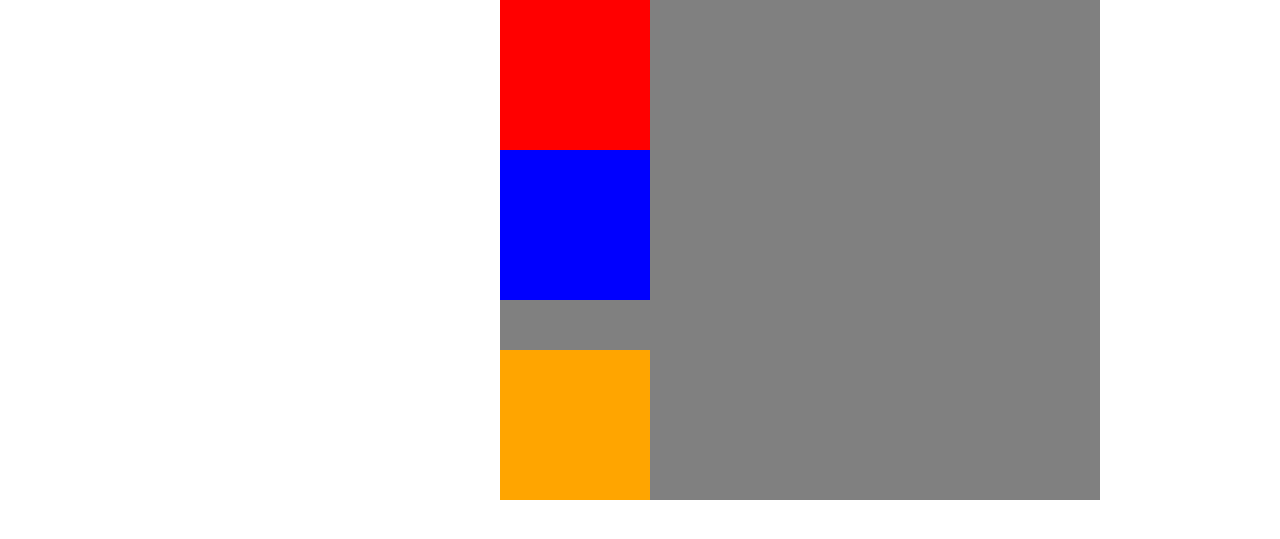
Repository: AytacSafarova/Task-12
Page: index.html
These files come from the project's save history. The page is drawn as it stood at one moment and after a run of saves; the edit follows.
The browser window is 1280 px wide. The pictures show the whole page.

Above is the page before, as saved 2023-07-27 13:55:12.

### index.html
<!DOCTYPE html>
<html lang="en">
<head>
  <meta charset="UTF-8">
  <meta name="viewport" content="width=device-width, initial-scale=1.0">
  <title>Document</title>
  <link rel="stylesheet" href="./index.css">
</head>
<body>
<div class="container">
  <div class="card"></div>
  <div class="card"></div>
  <div class="card"></div>
</div>
<!-- <div class="card additional"></div> -->
</body>
</html>

### index.css
*{
    margin: 0;
    padding: 0;
    box-sizing: border-box;
}

.container{
width: 600px;
height: 500px;
background-color: gray;
margin-left: 500px;
position: relative;
}
.card{
    width: 150px;
    height: 150px;
}

.card:first-child{
    background-color: orange;
    position: absolute;
    bottom: 0;
}
.card:nth-child(2){
    background-color: red;
}.card:nth-child(3){
    background-color: blue;
}
.additional{
    position: absolute;
    top: 30px;
    background-color: green;

}
h1{
    position: sticky;
    top: 0;
    background-color: violet;
}

After the next 2 saves:
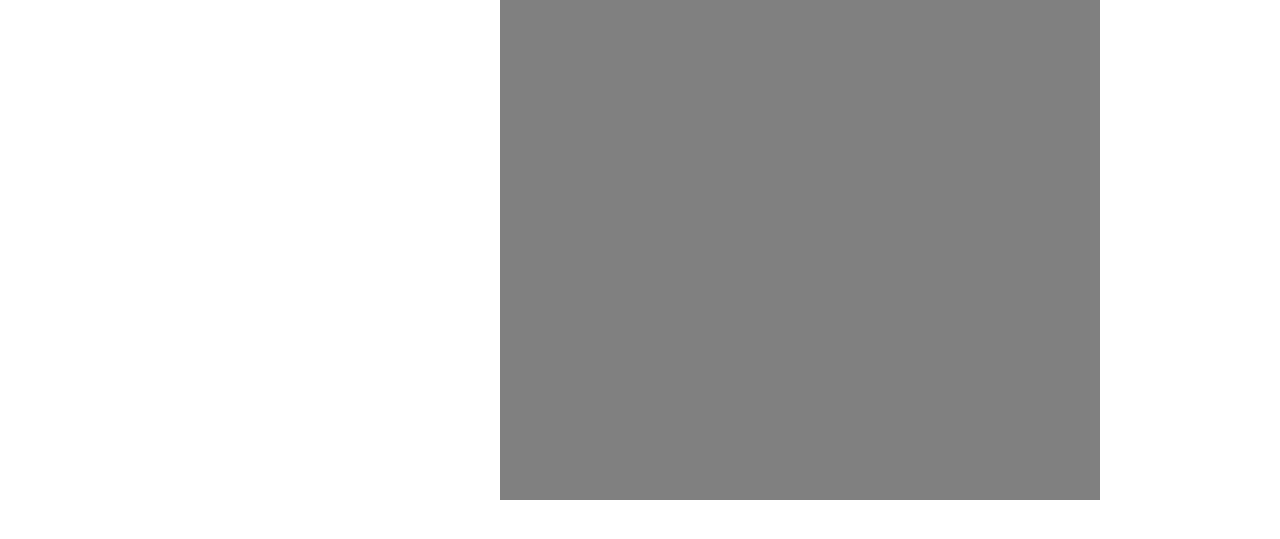
The 2 saves are shown as one change because they came seconds apart.
The last was saved 5 days later.
--- a/index.html
+++ b/index.html
@@ -8,9 +8,10 @@
 </head>
 <body>
 <div class="container">
+  <!-- <div class="card"></div>
   <div class="card"></div>
-  <div class="card"></div>
-  <div class="card"></div>
+  <div class="card"></div> -->
+
 </div>
 <!-- <div class="card additional"></div> -->
 </body>
